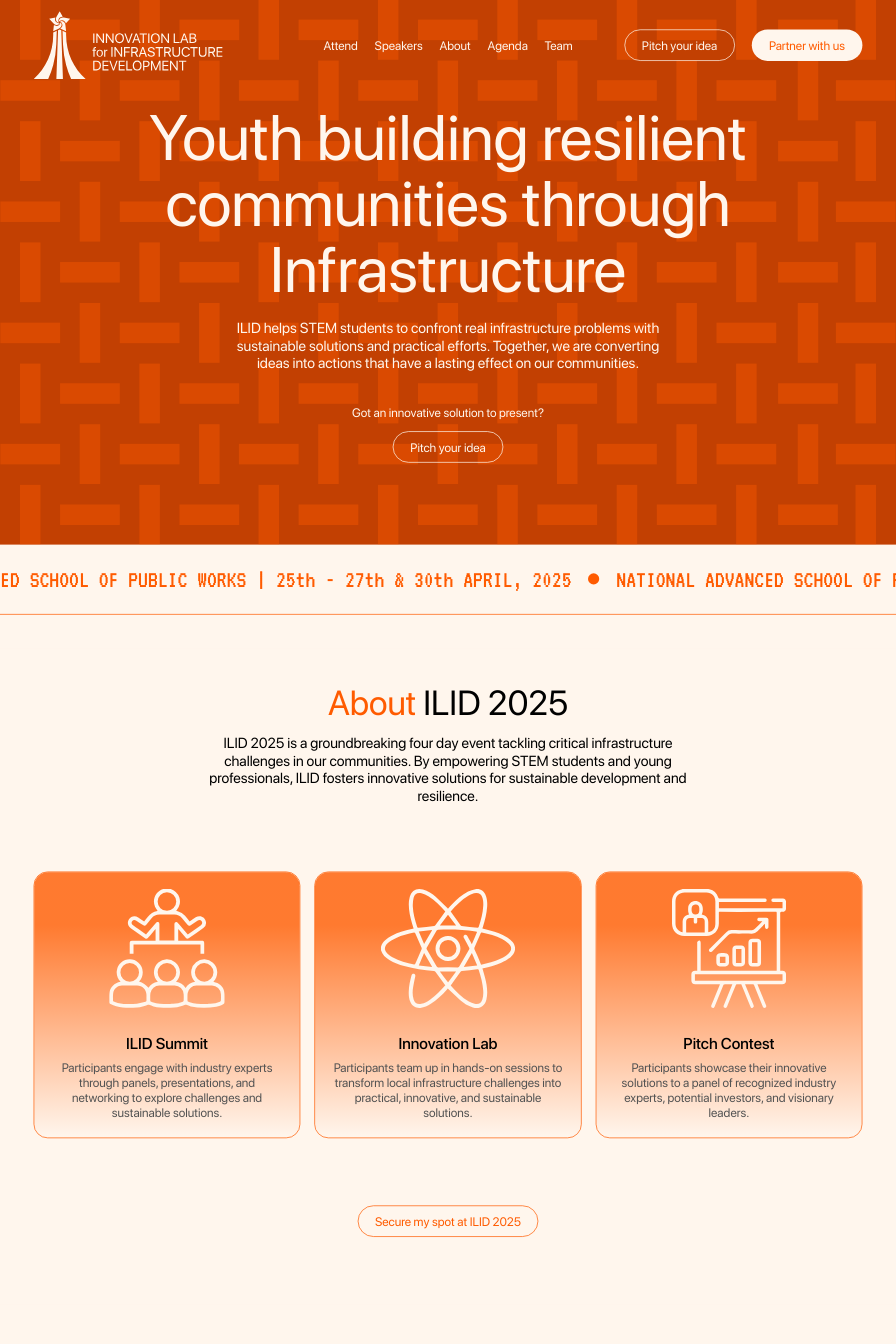
Repository: ilidevent/ilidwebsite
Page: /
These files come from the project's save history. The page is drawn as it stood at one moment and after a run of saves; the edit follows.
The browser window is 1280 px wide. The pictures show the part of the page from y = 0 to 1920 px (the page is 12229 px tall before and 12271 px after), at 70% of full size.
The project was rebuilt for these pictures with package versions that can differ from the ones it lists, and the page was loaded fresh each time. The framework's server and built-in components were replaced by stand-ins that run in the browser. Also part of the build but not shown: next.config.ts, styles/Navigation/sidebar.module.scss, components/Navigation/SideBar.tsx, styles/ReUsables/forminput.module.scss, components/ReUsables/FormInput.tsx, styles/ReUsables/formselector.module.scss, components/ReUsables/FormSelector.tsx, styles/AttendPage/attendform.module.scss and 23 more.

Above is the page before, as saved 2025-03-20 18:44:12.

After the next 3 saves:
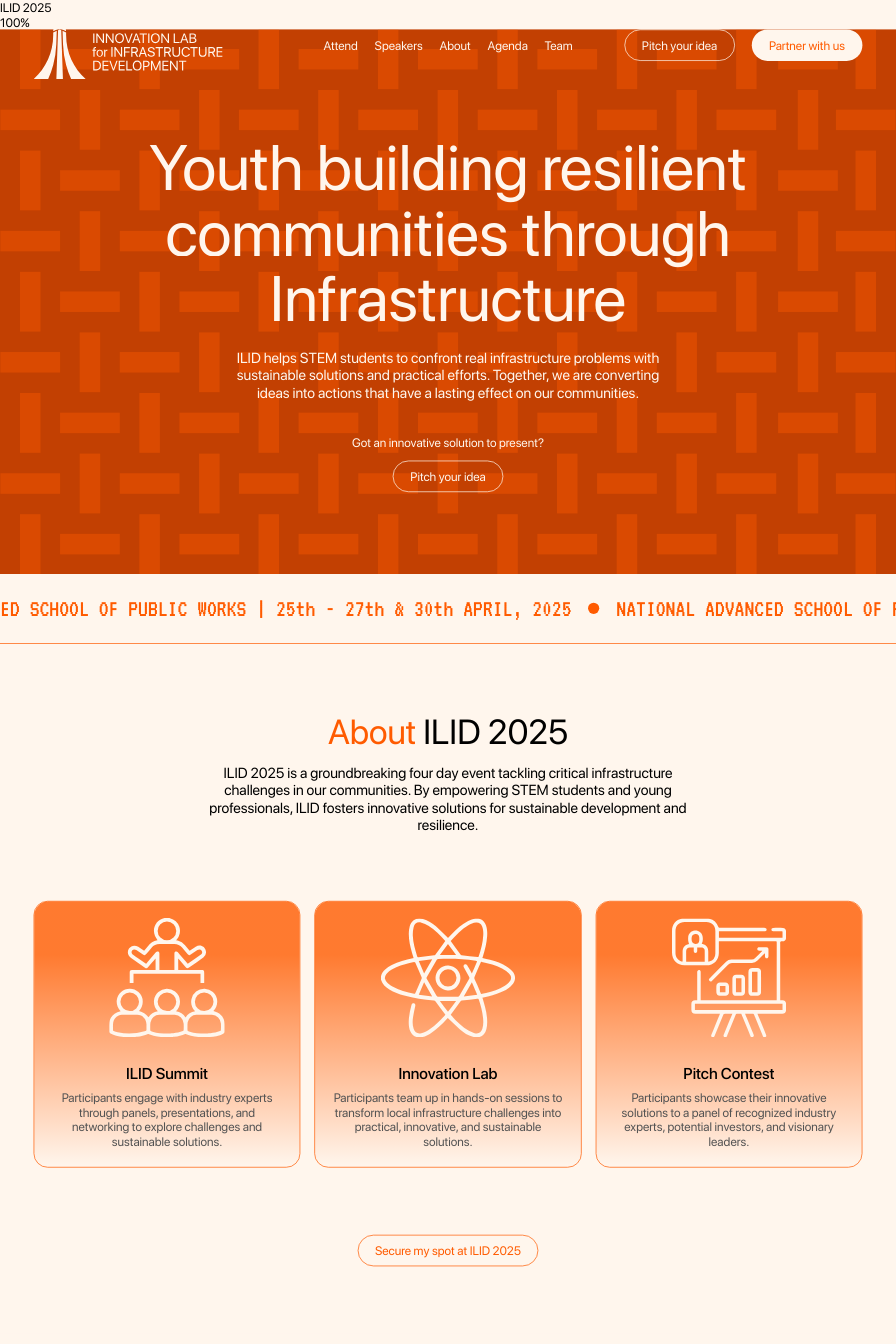
The 3 saves are shown as one change because 1 did not build or start and some came seconds apart.
The last was saved 26 s later.
--- a/components/HomePage/HomePageWrapper.tsx
+++ b/components/HomePage/HomePageWrapper.tsx
@@ -51,7 +51,7 @@
     md: "68vh",
     sm: "90vh",
     smm: "102vh",
-    smmm: "110vh"
+    smmm: "110vh",
   };
 
   //SectionContent
@@ -140,6 +140,7 @@
 
   return (
     <>
+      <Preloader />
       <HeroSection herocontent={HeroContent} breakpoints={HeroBreakpoints} />
       <VenueBanner />
       <ReusableSection
